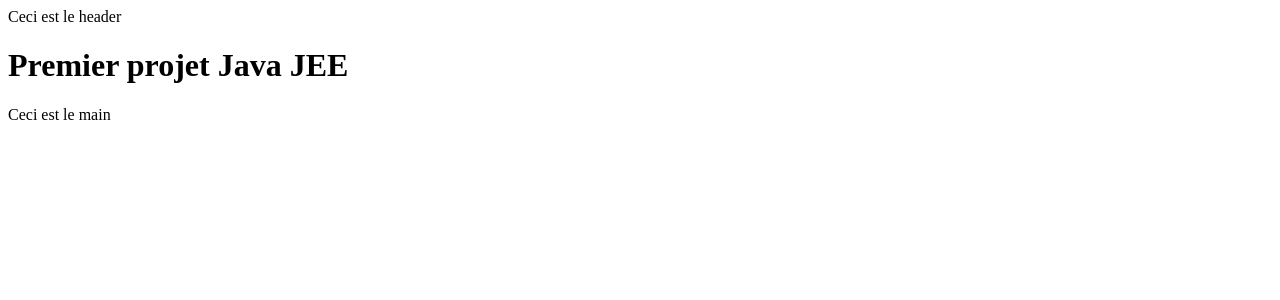
Repository: lemzoo/Formation_JEE
Page: FirstProject/WebContent/monPremierFichier.html
The author's editor kept a copy of each file at every save. The page is drawn from the files as they stood at one save, then again after the next save.
The browser window is 1280 px wide. The pictures show the whole page.

Above is the page before, as saved 2016-06-17 08:42:24.

After the next save:
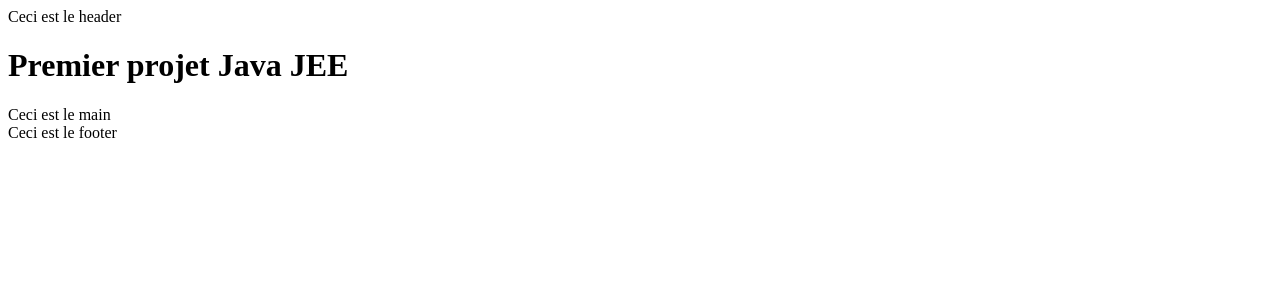
Saved 12 s later.
--- a/FirstProject/WebContent/monPremierFichier.html
+++ b/FirstProject/WebContent/monPremierFichier.html
@@ -10,5 +10,8 @@
 <main>
 	Ceci est le main
 </main>
+<footer>
+Ceci est le footer
+</footer>
 </body>
 </html>
